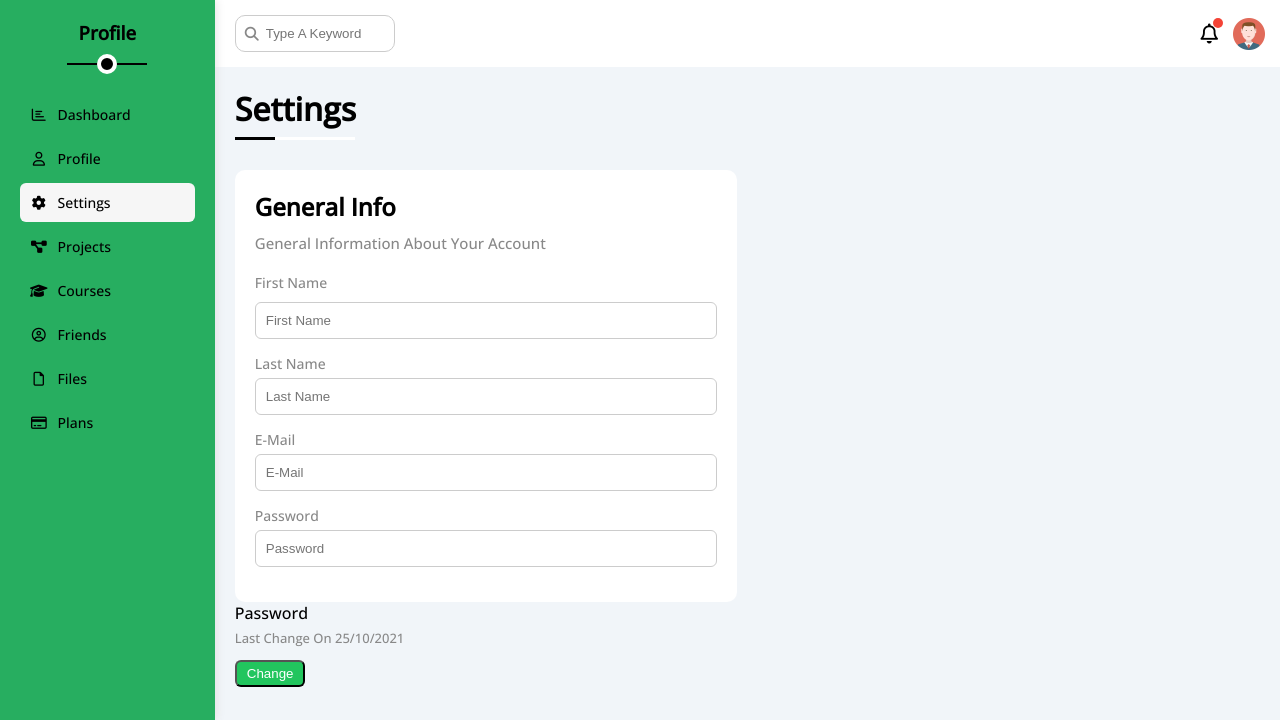
Repository: souhailaniba/Bookly
Page: public/assets/books webstie/settings.html
These files come from the project's save history. The page is drawn as it stood at one moment and after the next save; the edit follows.
The browser window is 1280 px wide. The pictures show the whole page.

Above is the page before, as saved 2023-01-27 15:02:33.

### public/assets/books webstie/settings.html
<!DOCTYPE html>
<html lang="en">
  <head>
    <meta charset="UTF-8" />
    <meta http-equiv="X-UA-Compatible" content="IE=edge" />
    <meta name="viewport" content="width=device-width, initial-scale=1.0" />
    <title>Settings</title>
    <link rel="stylesheet" href="css/all.min.css" />
    <link rel="stylesheet" href="css/framework.css" />
    <link rel="stylesheet" href="css/master.css" />
    <link rel="preconnect" href="https://fonts.googleapis.com" />
    <link rel="preconnect" href="https://fonts.gstatic.com" crossorigin />
    <link href="https://fonts.googleapis.com/css2?family=Open+Sans:wght@300;500&display=swap" rel="stylesheet" />
  </head>
  <body>
    <div class="page d-flex">
      <div class="sidebar bg-white p-20 p-relative"   style="background-color: #27ae60;">
        <h3 class="p-relative txt-c mt-0">Profile</h3>
        <ul>
          <li>
            <a class="d-flex align-center fs-14 c-black rad-6 p-10" href="profil.html">
              <i class="fa-regular fa-chart-bar fa-fw"></i>
              <span>Dashboard</span>
            </a>
          </li>
          <li>
            <a class="d-flex align-center fs-14 c-black rad-6 p-10" href="profile.html">
              <i class="fa-regular fa-user fa-fw"></i>
              <span>Profile</span>
            </a>
          </li>
          <li>
            <a class="active d-flex align-center fs-14 c-black rad-6 p-10" href="settings.html">
              <i class="fa-solid fa-gear fa-fw"></i>
              <span>Settings</span>
            </a>
          </li>
          <li>
            <a class="d-flex align-center fs-14 c-black rad-6 p-10" href="projects.html">
              <i class="fa-solid fa-diagram-project fa-fw"></i>
              <span>Projects</span>
            </a>
          </li>
          <li>
            <a class="d-flex align-center fs-14 c-black rad-6 p-10" href="courses.html">
              <i class="fa-solid fa-graduation-cap fa-fw"></i>
              <span>Courses</span>
            </a>
          </li>
          <li>
            <a class="d-flex align-center fs-14 c-black rad-6 p-10" href="friends.html">
              <i class="fa-regular fa-circle-user fa-fw"></i>
              <span>Friends</span>
            </a>
          </li>
          <li>
            <a class="d-flex align-center fs-14 c-black rad-6 p-10" href="files.html">
              <i class="fa-regular fa-file fa-fw"></i>
              <span>Files</span>
            </a>
          </li>
          <li>
            <a class="d-flex align-center fs-14 c-black rad-6 p-10" href="plans.html">
              <i class="fa-regular fa-credit-card fa-fw"></i>
              <span>Plans</span>
            </a>
          </li>
        </ul>
      </div>
      <div class="content w-full">
        <!-- Start Head -->
        <div class="head bg-white p-15 between-flex">
          <div class="search p-relative">
            <input class="p-10" type="search" placeholder="Type A Keyword" />
          </div>
          <div class="icons d-flex align-center">
            <span class="notification p-relative">
              <i class="fa-regular fa-bell fa-lg"></i>
            </span>
            <img src="imgs/avatar.png" alt="" />
          </div>
        </div>
        <!-- End Head -->
        <h1 class="p-relative">Settings</h1>
        <div class="settings-page m-20 d-grid gap-20">
          <!-- Start Settings Box -->
          <form action="">
            <div class="p-20 bg-white rad-10">
              <h2 class="mt-0 mb-10">General Info</h2>
              <p class="mt-0 mb-20 c-grey fs-15">General Information About Your Account</p>
              <div class="mb-15">
                <label class="fs-14 c-grey d-block mb-10" for="first">First Name</label>
                <input
                  class="b-none border-ccc p-10 rad-6 d-block w-full"
                  type="text"
                  id="first"
                  placeholder="First Name"
                />
              </div>
              <div class="mb-15">
                <label class="fs-14 c-grey d-block mb-5" for="last">Last Name</label>
                <input
                  class="b-none border-ccc p-10 rad-6 d-block w-full"
                  id="last"
                  type="text"
                  placeholder="Last Name"
                />
              </div>
              <div class="mb-15">
                <label class="fs-14 c-grey d-block mb-5" for="email">E-Mail</label>
                <input
                  class="b-none border-ccc p-10 rad-6 d-block w-full"
                  id="email"
                  type="email"
                  placeholder="E-Mail"
                />
              </div>
              <div class="mb-15">
                <label class="fs-14 c-grey d-block mb-5" for="password">Password</label>
                <input
                  class="b-none border-ccc p-10 rad-6 d-block w-full"
                  id="password"
                  type="password"
                  placeholder="Password"
                />
              </div>
            </div>
              <div>
                <span>Password</span>
                <p class="c-grey mt-5 mb-0 fs-13">Last Change On 25/10/2021</p>
              </div>
              <button class="button bg-green c-white btn-shape" type="submit" action="">Change</button>
            </div>
          </div>
        </form>
          <!-- End Settings Box -->
        </div>
      </div>
    </div>
  </body>
</html>

### public/assets/books webstie/css/framework.css
:root {
  --blue-color: #0075ff;
  --blue-alt-color: #0d69d5;
  --orange-color: #f59e0b;
  --green-color: #22c55e;
  --red-color: #f44336;
  --grey-color: #888;
}
/* Start Box */
.d-flex {
  display: flex;
}
.f-wrap {
  flex-wrap: wrap;
}
.align-center {
  align-items: center;
}
.space-between {
  justify-content: space-between;
}
.d-grid {
  display: grid;
}
.gap-20 {
  gap: 20px;
}
.d-block {
  display: block;
}
@media (max-width: 767px) {
  .block-mobile {
    display: block;
  }
  .hide-mobile {
    display: none;
  }
}
/* End Box */
/* Start Padding + Margin */
.p-10 {
  padding: 10px;
}
.p-15 {
  padding: 15px;
}
.p-20 {
  padding: 20px;
}
.pt-10 {
  padding-top: 10px;
}
.pt-15 {
  padding-top: 15px;
}
.pt-20 {
  padding-top: 20px;
}
.pb-10 {
  padding-bottom: 10px;
}
.pb-15 {
  padding-bottom: 15px;
}
.pb-20 {
  padding-bottom: 20px;
}
.pl-15 {
  padding-left: 15px;
}
.m-0 {
  margin: 0;
}
.m-15 {
  margin: 15px;
}
.m-20 {
  margin: 20px;
}
.mt-0 {
  margin-top: 0;
}
.mt-5 {
  margin-top: 5px;
}
.mt-10 {
  margin-top: 10px;
}
.mt-15 {
  margin-top: 15px;
}
.mt-20 {
  margin-top: 20px;
}
.mt-25 {
  margin-top: 25px;
}
.mr-10 {
  margin-right: 10px;
}
.mr-15 {
  margin-right: 15px;
}
.mb-5 {
  margin-bottom: 5px;
}
.mb-10 {
  margin-bottom: 10px;
}
.mb-15 {
  margin-bottom: 15px;
}
.mb-20 {
  margin-bottom: 20px;
}
.mb-25 {
  margin-bottom: 25px;
}
/* End Padding + Margin */
/* Start Color */
.c-black {
  color: black;
}
.c-white {
  color: white;
}
.c-grey {
  color: var(--grey-color);
}
.c-red {
  color: var(--red-color);
}
.c-green {
  color: var(--green-color);
}
.c-blue {
  color: var(--blue-color);
}
.c-orange {
  color: var(--orange-color);
}
.bg-red {
  background-color: var(--red-color);
}
.bg-green {
  background-color: var(--green-color);
}
.bg-blue {
  background-color: var(--blue-color);
}
.bg-orange {
  background-color: var(--orange-color);
}
.bg-white {
  background-color: white;
}
.bg-eee {
  background-color: #eee;
}
/* End Color */
/* Start Position */
.p-relative {
  position: relative;
}
.p-absolute {
  position: absolute;
}
/* End Position */
/* Start Font */
.txt-c {
  text-align: center;
}
.fs-13 {
  font-size: 13px;
}
.fs-14 {
  font-size: 14px;
}
.fs-15 {
  font-size: 15px;
}
.fs-25 {
  font-size: 25px;
}
.fw-bold {
  font-weight: bold;
}
@media (max-width: 767px) {
  .txt-c-mobile {
    text-align: center;
  }
}
/* End Font */
/* Start Border */
.rad-6 {
  border-radius: 6px;
}
.rad-10 {
  border-radius: 10px;
}
.rad-half {
  border-radius: 50%;
}
.b-none {
  border: none;
}
.border-ccc {
  border: 1px solid #ccc;
}
.border-eee {
  border: 1px solid #eee;
}

/* End Border */
/* Start Width + Height */
.w-full {
  width: 100%;
}
.w-100 {
  width: 100px;
}
.w-fit {
  width: fit-content;
}
.h-full {
  height: 100%;
}
.h-100 {
  height: 100px;
}
/* End Width + Height */
/* Start Components */
.center-flex {
  display: flex;
  align-items: center;
  justify-content: center;
}
.between-flex {
  display: flex;
  align-items: center;
  justify-content: space-between;
}
.btn-shape {
  padding: 4px 10px;
  border-radius: 6px;
}
/* End Components */

Loaded but not shown: public/assets/books webstie/css/all.min.css (library); public/assets/books webstie/css/master.css (1171 lines, source omitted)

After the next save:
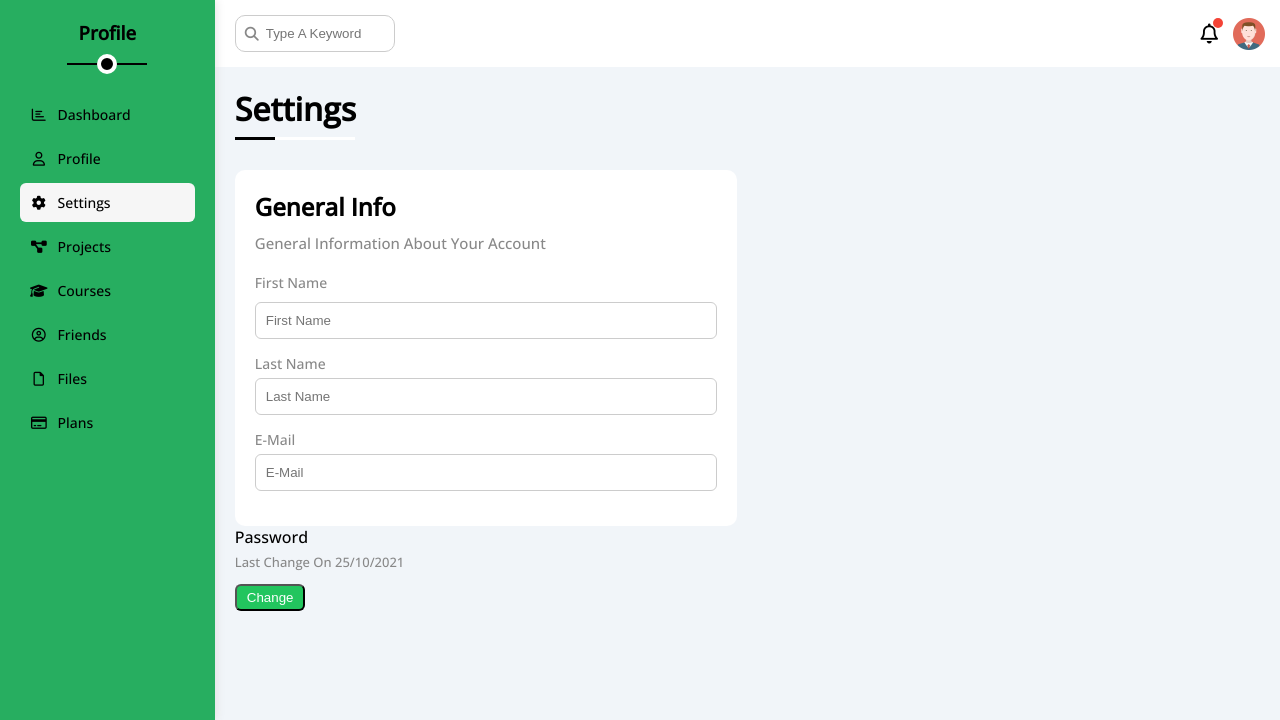
Saved 14 s later.
--- a/public/assets/books webstie/settings.html
+++ b/public/assets/books webstie/settings.html
@@ -115,15 +115,6 @@
                   placeholder="E-Mail"
                 />
               </div>
-              <div class="mb-15">
-                <label class="fs-14 c-grey d-block mb-5" for="password">Password</label>
-                <input
-                  class="b-none border-ccc p-10 rad-6 d-block w-full"
-                  id="password"
-                  type="password"
-                  placeholder="Password"
-                />
-              </div>
             </div>
               <div>
                 <span>Password</span>
